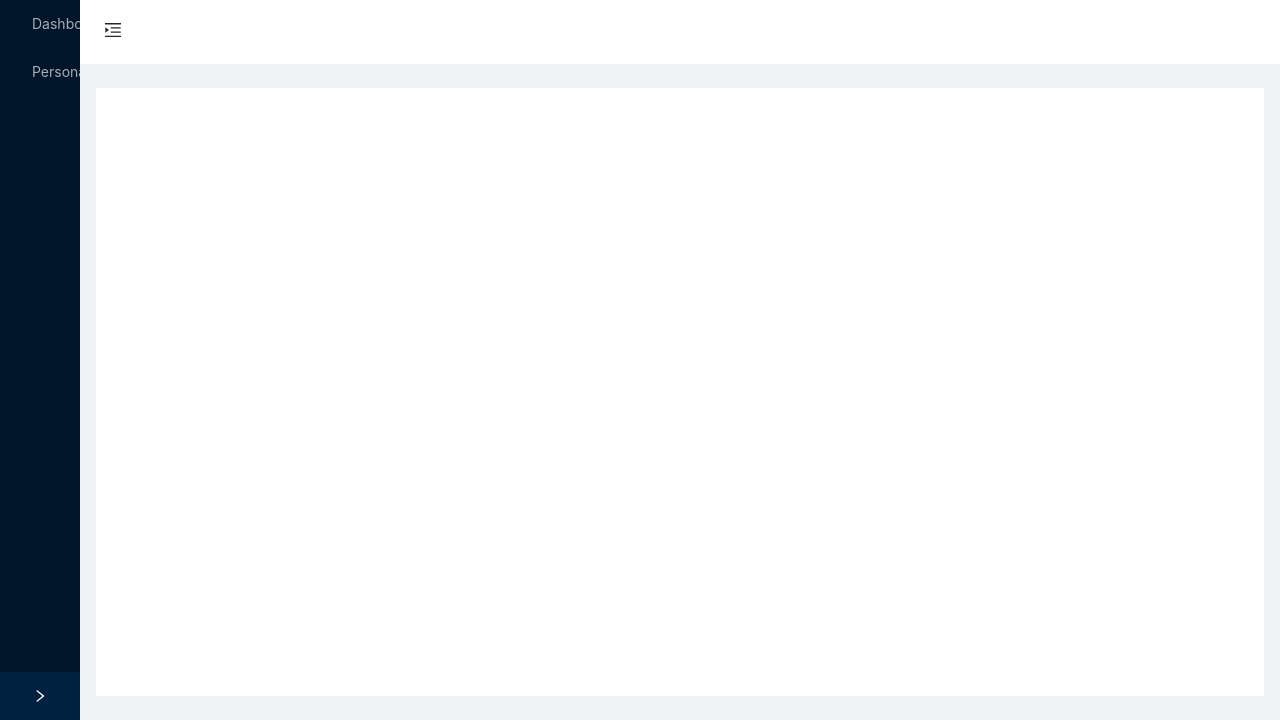
Repository: DallenCat/react-test
Page: /
The author's editor kept a copy of each file at every save. The page is drawn from the files as they stood at one save, then again after the next save.
The browser window is 1280 px wide. The pictures show the whole page.
The project was rebuilt for these pictures with package versions that can differ from the ones it lists, and the page was loaded fresh each time. A package was used in the major version that the imports need, not the one package.json lists. Also part of the build but not shown: src/containers/dashboard/index.js, src/containers/personal/index.js.

Above is the page before, as saved 2021-10-27 16:53:31.

After the next save:
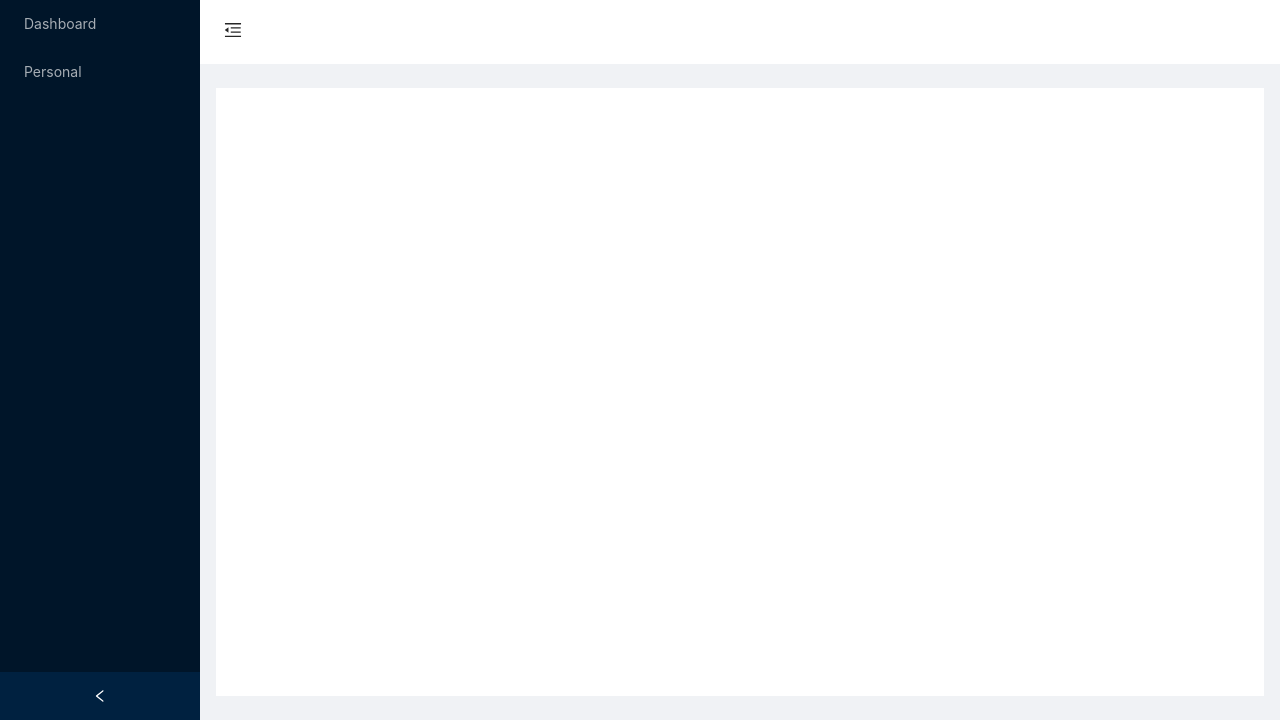
Saved 16 s later.
--- a/src/components/layout/index.js
+++ b/src/components/layout/index.js
@@ -4,10 +4,10 @@
  * @Author: dal
  * @Date: 2021-10-27 09:54:26
  * @LastEditors: dal
- * @LastEditTime: 2021-10-27 16:50:40
+ * @LastEditTime: 2021-10-27 16:53:47
  */
 import React from "react"
-import { Layout, Menu } from 'antd';
+import { Layout } from 'antd';
 // 首先我们需要导入一些组件...
 import "./index.css"
 import {
@@ -18,12 +18,10 @@ import Sider from "./sider"
 const { Header, Content } = Layout;
 
 class SiderDemo extends React.Component {
-  constructor(props) {
-    super(props)
-    this.state = {
-      collapsed: React.createRef(false)
-    }
-  }
+
+  state = {
+    collapsed: false,
+  };
 
   toggle = () => {
     this.setState({
